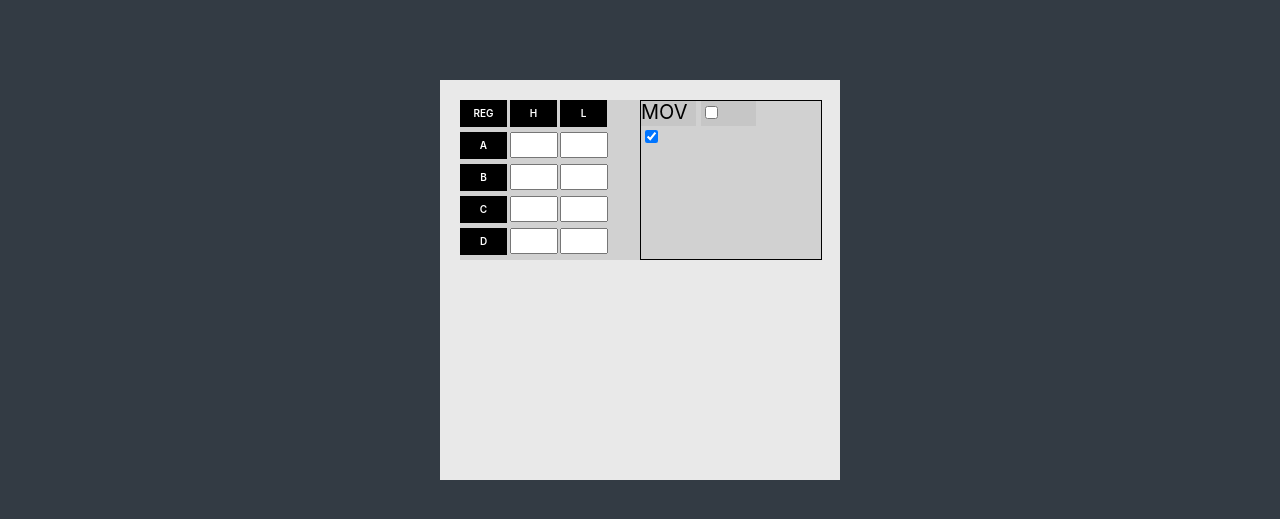
Repository: piookr-wsei/8086
Page: /
These files come from the project's save history. The page is drawn as it stood at one moment and after the next save; the edit follows.
The browser window is 1280 px wide. The pictures show the whole page.
The project was rebuilt for these pictures with package versions that can differ from the ones it lists, and the page was loaded fresh each time.

Above is the page before, as saved 2022-06-18 20:04:48.

After the next save:
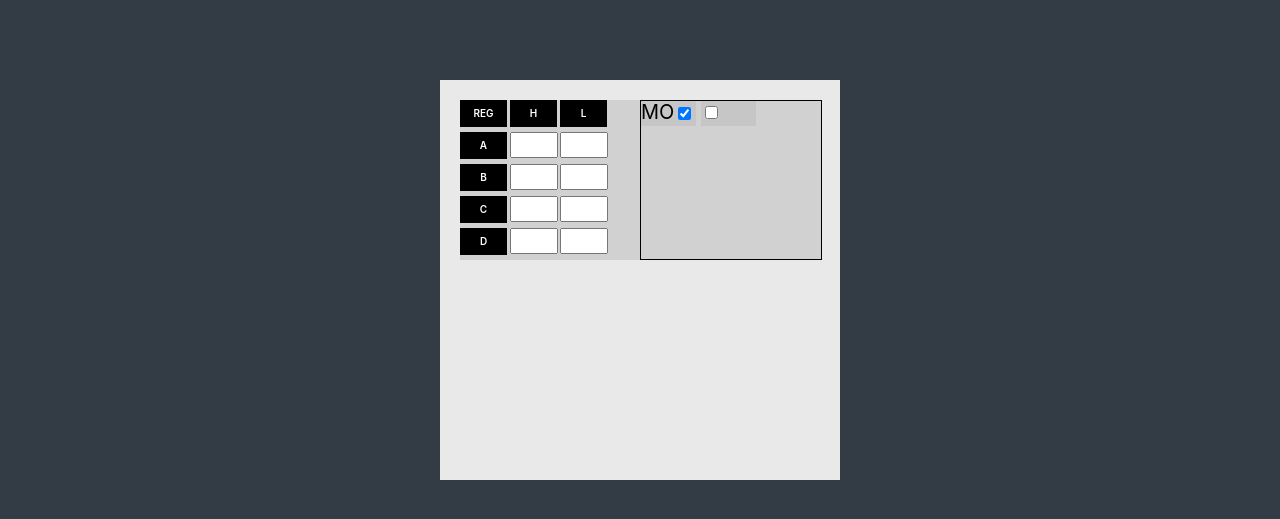
Saved 10 s later.
--- a/src/App.js
+++ b/src/App.js
@@ -7,7 +7,7 @@ function OpChange(){
     <>
     <Labels>
       <CheckWrapper>
-        MOV
+        MO
         <input type="checkbox"  defaultChecked style={{verticalAlign: "middle"}}/>
       </CheckWrapper>
       <CheckWrapper>

After the save that followed:
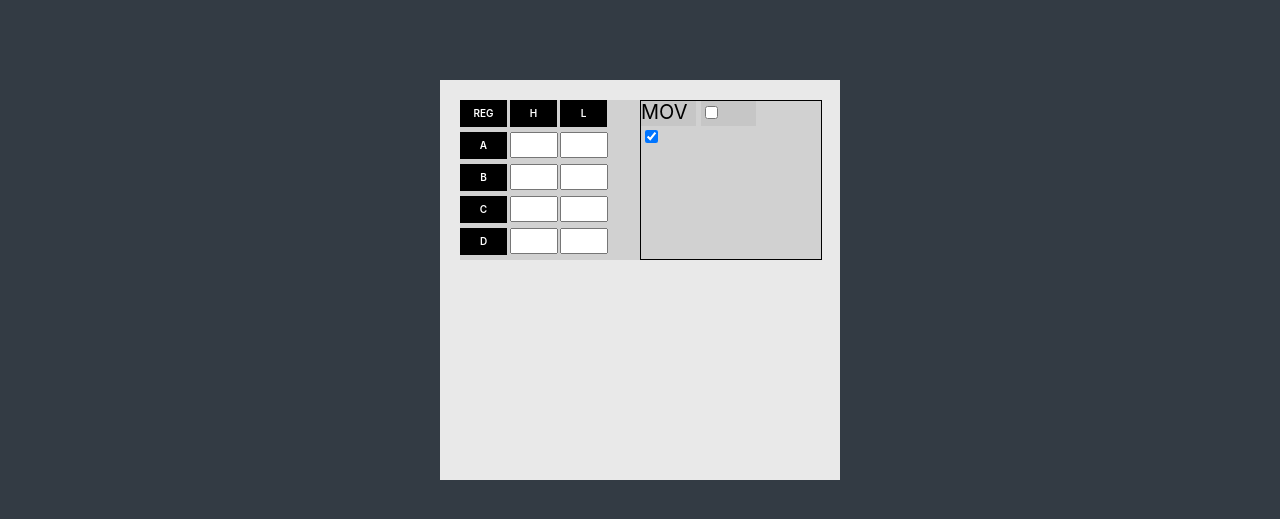
Saved 7 s later.
--- a/src/App.js
+++ b/src/App.js
@@ -7,7 +7,7 @@ function OpChange(){
     <>
     <Labels>
       <CheckWrapper>
-        MO
+        MOV
         <input type="checkbox"  defaultChecked style={{verticalAlign: "middle"}}/>
       </CheckWrapper>
       <CheckWrapper>
